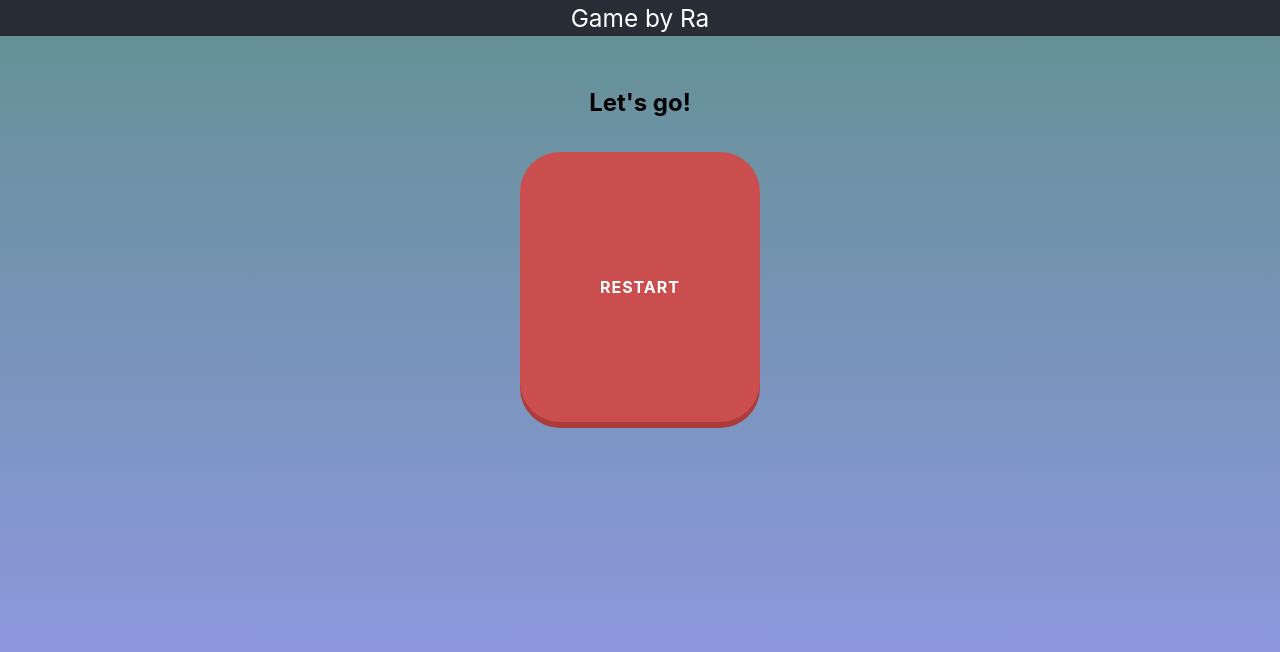
Repository: Sergioramasano/ramos-game
Page: /
The author's editor kept a copy of each file at every save. The page is drawn from the files as they stood at one save, then again after the next save.
The browser window is 1280 px wide. The pictures show the whole page.
The project was rebuilt for these pictures with package versions that can differ from the ones it lists, and the page was loaded fresh each time. Also part of the build but not shown: src/components/Cards.js.

Above is the page before, as saved 2021-02-11 19:34:22.

After the next save:
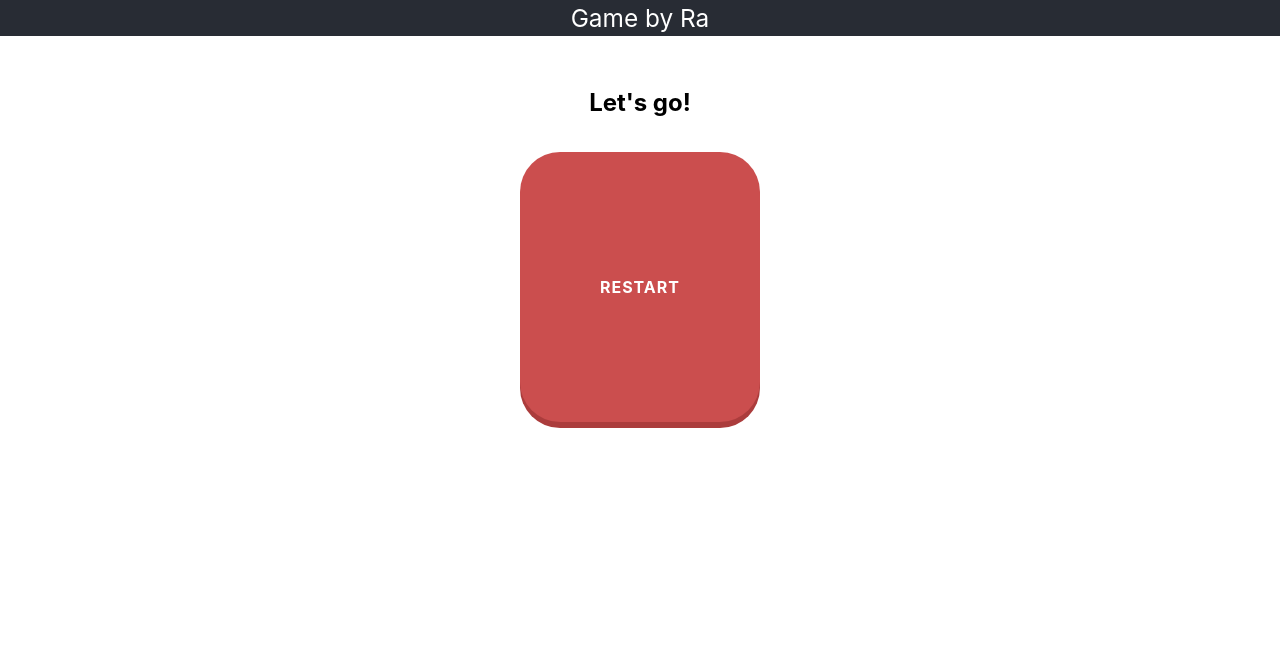
Saved 12 s later.
--- a/src/components/GameBox/Gamebox.module.css
+++ b/src/components/GameBox/Gamebox.module.css
@@ -1,6 +1,6 @@
 .gamebox {
   height: 95vh;
-  background: linear-gradient(#659197, #9198e5);
+  background: linear-gradient(15%, #659197, #9198e5);
   padding: 2rem;
   box-sizing: border-box;
 }

After the 3 saves that followed:
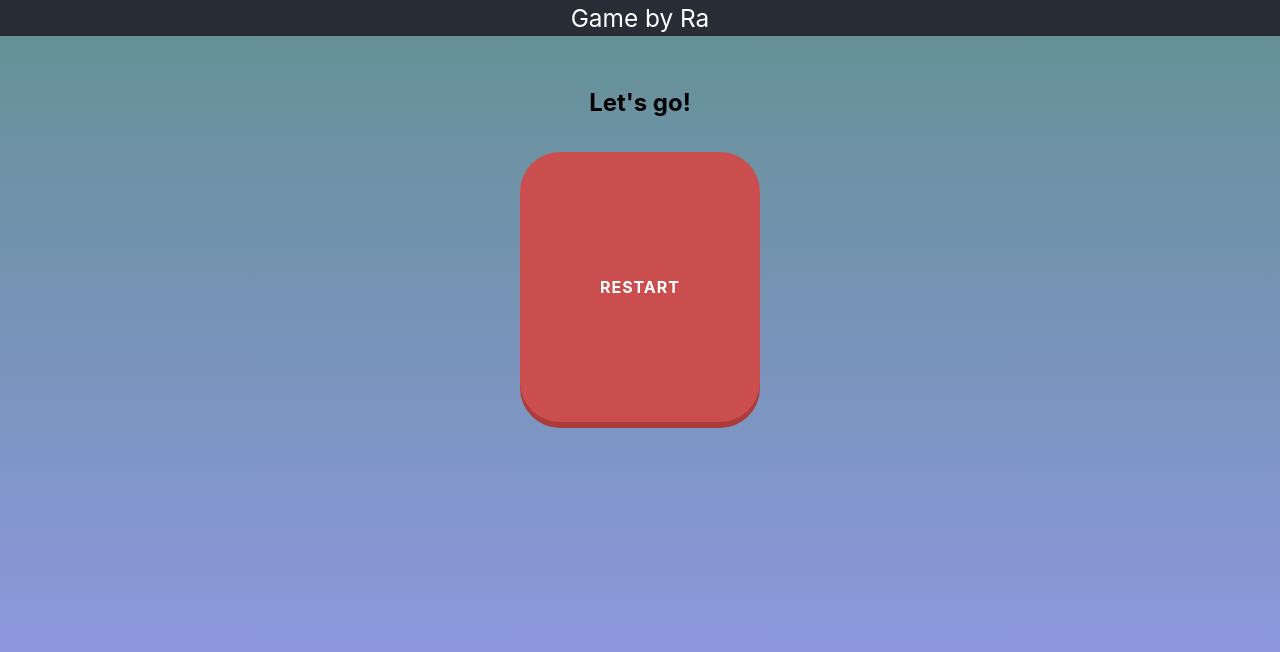
The 3 saves are shown as one change because 2 left the picture as it was.
The last was saved 27 s later.
--- a/src/components/GameBox/Gamebox.module.css
+++ b/src/components/GameBox/Gamebox.module.css
@@ -1,6 +1,6 @@
 .gamebox {
   height: 95vh;
-  background: linear-gradient(15%, #659197, #9198e5);
+  background: linear-gradient(#659197, #9198e5);
   padding: 2rem;
   box-sizing: border-box;
 }
